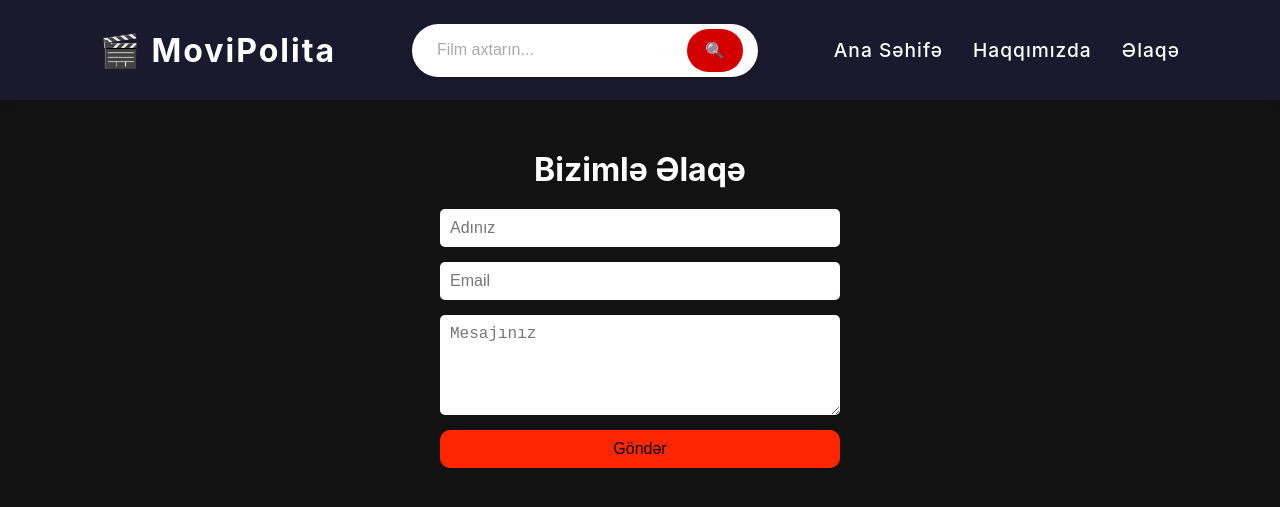
Repository: Zulfiyya077/InternIntelligence_MovieWebsite
Page: /contact
The author's editor kept a copy of each file at every save. The page is drawn from the files as they stood at one save, then again after the next save.
The browser window is 1280 px wide. The pictures show the whole page.
The project was rebuilt for these pictures with package versions that can differ from the ones it lists, and the page was loaded fresh each time. Also part of the build but not shown: vite.config.js, src/services/MovieService.jsx, src/components/MovieCard.module.css, src/components/MovieCard.jsx, src/pages/Home.module.css, src/pages/Home.jsx, src/pages/MovieDetailsPage.module.css, src/pages/MovieDetailsPage.jsx and 4 more.

Above is the page before, as saved 2025-02-24 02:29:17.

After the next save:
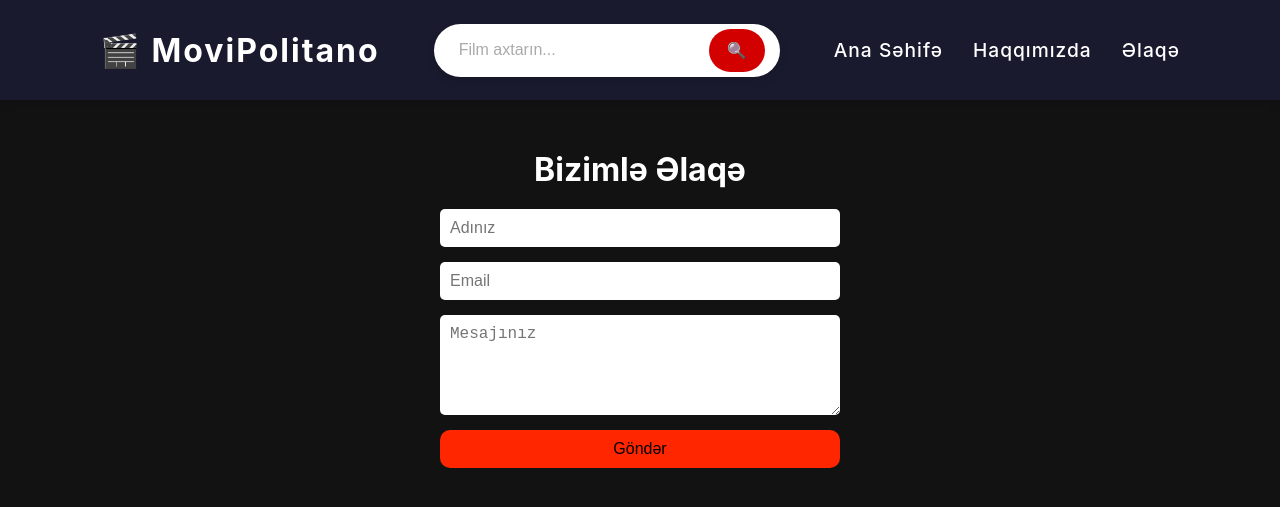
Saved 5 s later.
--- a/src/components/Navbar.jsx
+++ b/src/components/Navbar.jsx
@@ -7,7 +7,7 @@ const Navbar = () => {
     return (
         <nav className={styles.navbar}>
             <div className={styles.logo}>
-                <Link to="/">🎬 MoviPolita</Link>
+                <Link to="/">🎬 MoviPolitano</Link>
             </div>
             <SearchBar />
             <ul className={styles.navLinks}>
